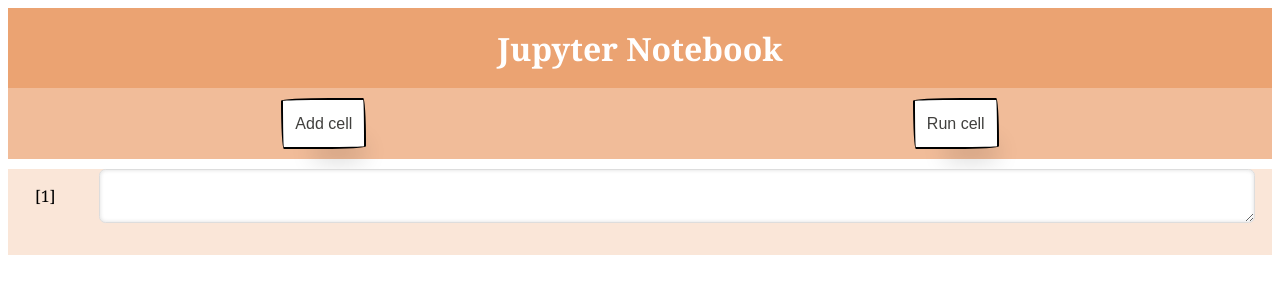
Repository: lingzi-liu/jupyter_notebook_prototype
Page: http://localhost/
These files come from the project's save history. The page is drawn as it stood at one moment and after the next save; the edit follows.
The browser window is 1280 px wide. The pictures show the whole page.
The page is served by the project's application, run on Flask 3 (app.py).

Above is the page before, as saved 2022-11-13 03:57:53.

### templates/index.html
<!DOCTYPE html>
<html lang="en">

<head>
    <meta charset="UTF-8">
    <meta http-equiv="X-UA-Compatible" content="IE=edge">
    <meta name="viewport" content="width=device-width, initial-scale=1.0">
    <link rel="stylesheet" href="../static/styles/style.css">
    <script defer src="../static/scripts/command_handler.js"></script>
    <script defer src="../static/scripts/script.js"></script>
    <title>Jupter Notebook</title>
</head>

<body>
    <!-- Navigation Bar -->
    <div id="nav">
        <h1>Jupyter Notebook</h1>
    </div>


    <!-- Button Bar -->
    <div id="commands">
        <!-- Add Cell allows you to add new code cells -->
        <!--Triggering a function addCell() when clicked -->
        <button onclick="addCell()">Add cell</button>
        <!-- Run Cell allows you to run the code in a selected cell -->
        <!--Triggering a function runCell() when clicked -->
        <button onclick="runCell()" id="run">Run cell</button>
    </div>


    <!-- Cell list -->
    <div id="cell-list">
        <!-- Each cell is in separate division -->
        <!-- When clicked, the current cell should become the selected cell by triggering the function selectedCell(this) -->
        <div class="cell" id="1" onclick="selecteCell(this)">
            <h4>[1]</h4>
            <textarea onkeyup="do_resize(this);"></textarea>

            <!--a paragraph component below the cell box for the error message or result, if there is one
            -->
            <p></p>
        </div>
    </div>
</body>

</html>

### app.py
# Step1
from flask import Flask, request, render_template

from contextlib import redirect_stdout
import io
import ast # stands for abstract syntax tree

app = Flask(__name__)

# Step 3: Create a function evaluate_code(code) that takes in a string and returns the output
def evaluate_code(code):
    # Step2: Parse the input code
    parsed = ast.parse(code)


    # Context manager for temporarily redirecting sys.stdout to another file or file-like object.
    with redirect_stdout(io.StringIO()) as f:
        try:
            #
            for input in parsed.body:
                if type(input) == ast.Expr:
                    # eval() allows you to evaluate arbitrary Python expressions from a string-based or compiled-code-based input.
                    # diff: eval() only execute or evaluate expressions
                    result = eval(compile(ast.Expression(input.value), "<string>", "eval"), globals())
                    # show appropiate result
                    if result:
                        print(result)
                else:
                    # exec()can execute any piece of Python code.
                    exec(compile(ast.Module(body=[input], type_ignores=[]), "<string>", "exec"), globals())
        # If there is an exception, in the result print the exception with an error message
        except Exception as e:
            print('Error Occured!')
            print(e.__class__.__name__ + ' : ')
            print(e)


    return f.getvalue()


# Create a default ‘GET’ route for your flask object that directs you to the html page
@app.route('/',methods=['GET'])
def index():
    # Flask template
    # put index.html in templates folder otherwise it will throw a render_template error
    return render_template('index.html')

# Create ‘POST’ route that uses an evaluate function
@app.route('/evaluate', methods=['POST'])
def evaluate():
    # Step2: Extract the command from the json input
    data = request.json
    code = data['command']
    return {'result': evaluate_code(code)}

if __name__== '__main__':
    # set debug to true to see the log and applied changes
    app.run(port=8002, debug = True)

### static/styles/style.css
#nav {
  height: 80px;
  background-color: rgba(228, 126, 58, 0.712);
  font-weight: bold;
  display: flex;
  align-items: center;
}

#nav h1 {
  margin: auto;
  color: white;
  font-family: Georgia, 'Times New Roman', Times, serif;
  text-align: center;
}

#commands {
  background-color: rgba(228, 126, 58, 0.516);
  display: flex;
  justify-content: space-around;
}

#commands button {
  margin: 10px;
  align-self: center;
  background-color: #fff;
  background-image: none;
  background-position: 0 90%;
  background-repeat: repeat no-repeat;
  background-size: 4px 3px;
  border-radius: 15px 225px 255px 15px 15px 255px 225px 15px;
  border-style: solid;
  border-width: 2px;
  box-shadow: rgba(0, 0, 0, .2) 15px 28px 25px -18px;
  box-sizing: border-box;
  color: #41403e;
  cursor: pointer;
  display: inline-block;
  font-family: Neucha, sans-serif;
  font-size: 1rem;
  line-height: 23px;
  outline: none;
  padding: .75rem;
  text-decoration: none;
  transition: all 235ms ease-in-out;
  border-bottom-left-radius: 15px 255px;
  border-bottom-right-radius: 225px 15px;
  border-top-left-radius: 255px 15px;
  border-top-right-radius: 15px 225px;
  user-select: none;
  -webkit-user-select: none;
  touch-action: manipulation;
}

#commands button:hover {
  box-shadow: rgba(0, 0, 0, .3) 2px 8px 8px -5px;
  transform: translate3d(0, 2px, 0);
}

#commands button:focus {
  box-shadow: rgba(0, 0, 0, .3) 2px 8px 4px -6px;
}

#cell-list .cell {
  background-color: white;
  padding: auto;
  margin: auto;
  margin-top: 10px;
  align-items: center;
  display: flex;
  flex-flow: row wrap;
  justify-content: space-around;
}

#cell-list .cell:hover {
  background-color: rgba(228, 126, 58, 0.195);
}

#cell-list .cell h4 {
  display: inline-block;
  margin: 0;
  padding: 0 10px;
  font-weight: lighter;
  font-family: Georgia, 'Times New Roman', Times, serif;
}

#cell-list .cell textarea {
  border-radius: 0.4rem;
  border: 1px solid #ddd;
  padding: 0.5rem;
  color: #666;
  box-shadow: inset 0 0 0.25rem #ddd;
  font-family: Georgia, 'Times New Roman', Times, serif;
  width: 90%;
}

#cell-list .cell p {
  width: 100%;
  font-family: Georgia, 'Times New Roman', Times, serif;
  margin-left: 40px;
}

### static/scripts/command_handler.js
// runCell() takes the code in the cell and outputs the result if there is a result or the error if there is an error
function runCell() {
    // disable the button from being run again until we process the current code
    runButton = document.getElementById('run');
    runButton.disabled = true;

    cellNum = document.getElementById(selectedCellNumber);
    // get text from the textarea
    text = cellNum.children[1].value;

    // Send the text to the python backend as a command
    // get the response from post request
    fetch('/evaluate', {
        method: 'POST',
        headers: {
            'Content-Type': 'application/json'
        },
        body: JSON.stringify({
            command: text
        })
    }).then((response) => response.json()).then((data) => {
        // Insert the response below the respective code cell as a string
        cellNum.children[2].innerText = data.result;

        // enable the button again
        runButton.disabled = false;
    });
}

### static/scripts/script.js
let selectedCellNumber = 1;
let maxCellNumber = 1;

function do_resize(textbox) {

    var maxrows = 50;
    var txt = textbox.value;
    var cols = textbox.cols;

    var arraytxt = txt.split('\n');
    var rows = arraytxt.length;

    for (i = 0; i < arraytxt.length; i++)
        rows += parseInt(arraytxt[i].length / cols);

    if (rows > maxrows) textbox.rows = maxrows;
    else textbox.rows = rows;
}

function selecteCell(cell) {
    if (selectedCellNumber) {
        document.getElementById(selectedCellNumber).style.backgroundColor = "white";
    }
    selectedCellNumber = cell.id;
    document.getElementById(selectedCellNumber).style.backgroundColor = "rgba(228, 126, 58, 0.195)";
    console.log('cell selected: ', selectedCellNumber)
}

// automatically select the first cell
selecteCell(document.getElementById("1"))

function addCell() {
    maxCellNumber++;
    cellList = document.getElementById("cell-list");
    cellList.insertAdjacentHTML('beforeend',
        `<div class="cell" id="${maxCellNumber}" onclick="selecteCell(this)">
            <h4>[${maxCellNumber}]</h4>
            <textarea onkeyup="do_resize(this);"></textarea>
            <p></p>
        </div>`);

    selecteCell(document.getElementById(maxCellNumber));
}

After the next save:
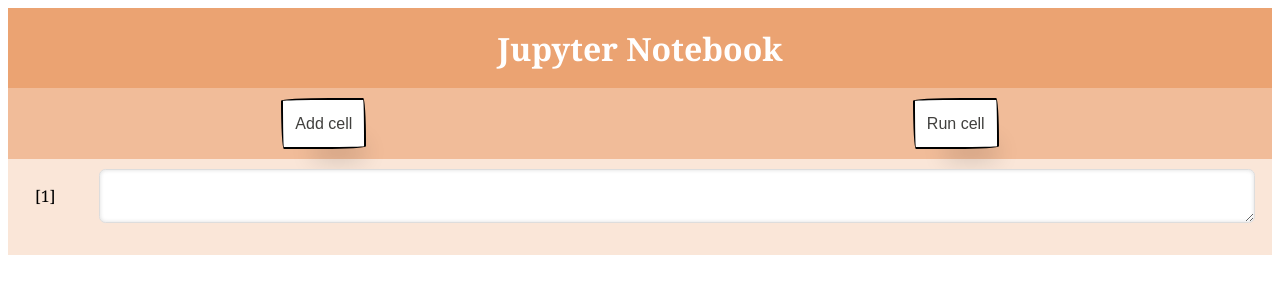
Saved 14 s later.
--- a/static/styles/style.css
+++ b/static/styles/style.css
@@ -62,9 +62,8 @@
 
 #cell-list .cell {
   background-color: white;
-  padding: auto;
+  padding-top: 10px;
   margin: auto;
-  margin-top: 10px;
   align-items: center;
   display: flex;
   flex-flow: row wrap;
